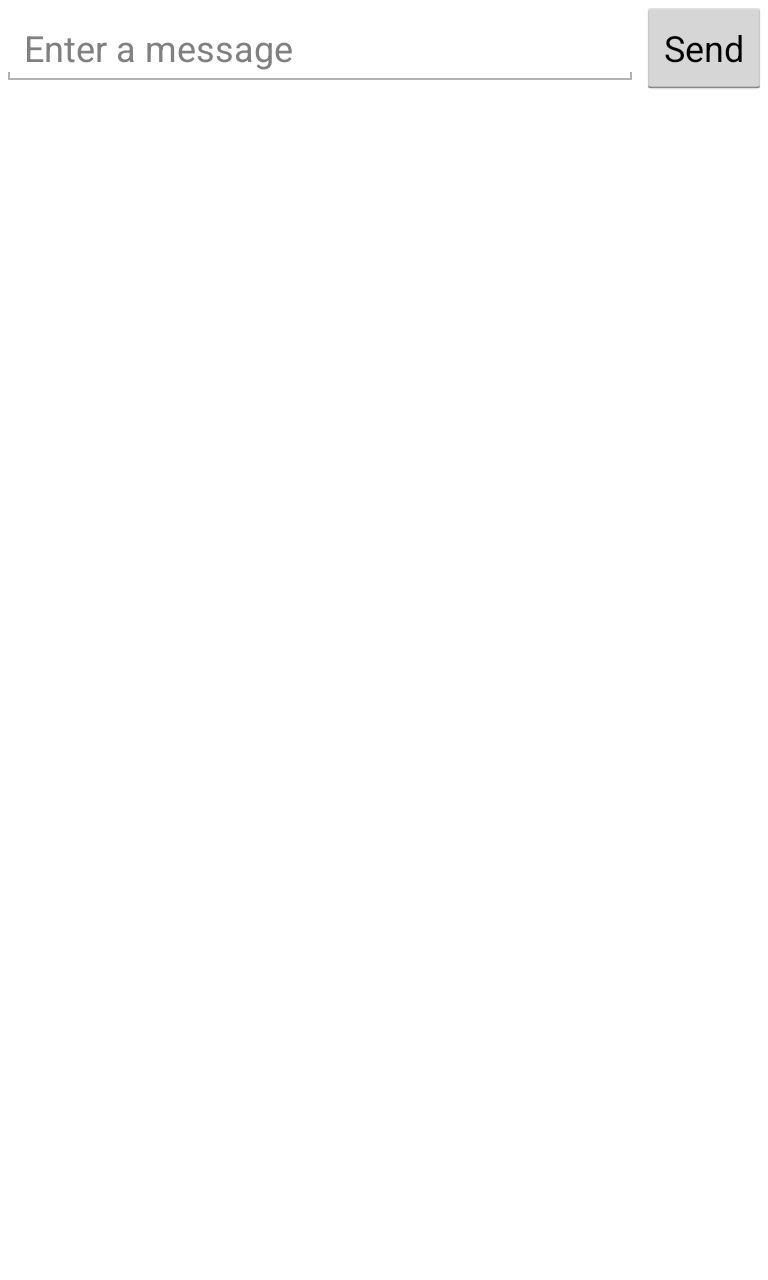
Repository: kenzshi/ViaSatHackathon
Layout: OnMyWay/res/layout/activity_main.xml
The author's editor kept a copy of each file at every save. The layout is drawn from the files as they stood at one save, then again after the next save.
It is drawn on a 768 x 1280 px phone screen (xhdpi) without system bars, with theme AppTheme; the app's code is not run.

Above is the layout before, as saved 2013-07-25 00:57:21.

After the next save:
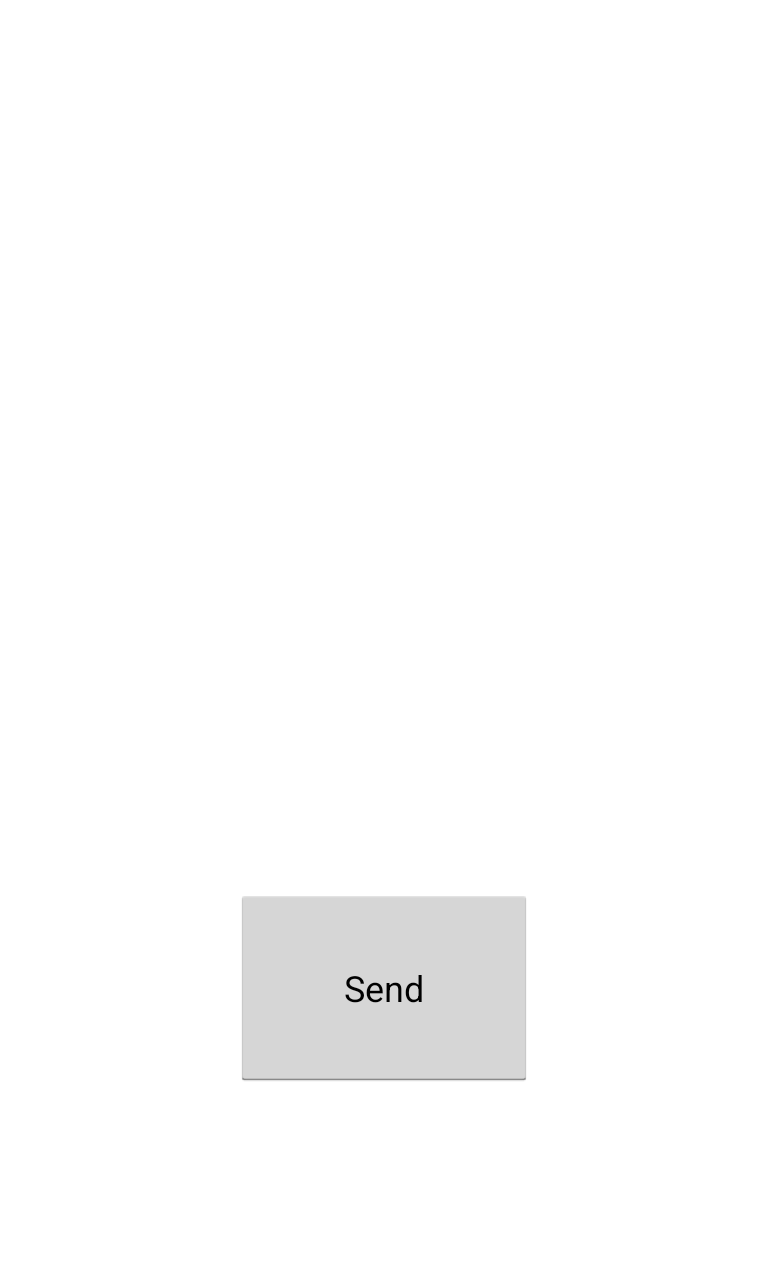
Saved 12 min 48 s later.
--- a/OnMyWay/res/layout/activity_main.xml
+++ b/OnMyWay/res/layout/activity_main.xml
@@ -1,22 +1,16 @@
-<LinearLayout xmlns:android="http://schemas.android.com/apk/res/android"
+<RelativeLayout xmlns:android="http://schemas.android.com/apk/res/android"
     xmlns:tools="http://schemas.android.com/tools"
     android:layout_width="match_parent"
     android:layout_height="match_parent"
     android:orientation="horizontal" >
 
-	<EditText
-	    android:id="@+id/edit_message"
-	    android:layout_weight="1"
-	    android:layout_width="0dp"
-	    android:layout_height="wrap_content"
-	    android:hint="@string/edit_message" />
+	<Button
+	    android:layout_width="150dp"
+	    android:layout_height="100dp"
+	    android:layout_alignParentBottom="true"
+	    android:layout_centerHorizontal="true"
+	    android:layout_marginBottom="96dp"
+	    android:onClick="sendMessage"
+	    android:text="@string/button_send" />
 
-	<Button
-	    android:layout_width="wrap_content"
-	    android:layout_height="wrap_content"
-	    android:text="@string/button_send"
-	    android:onClick="sendMessage" />
-
-
-
-</LinearLayout>
+</RelativeLayout>
